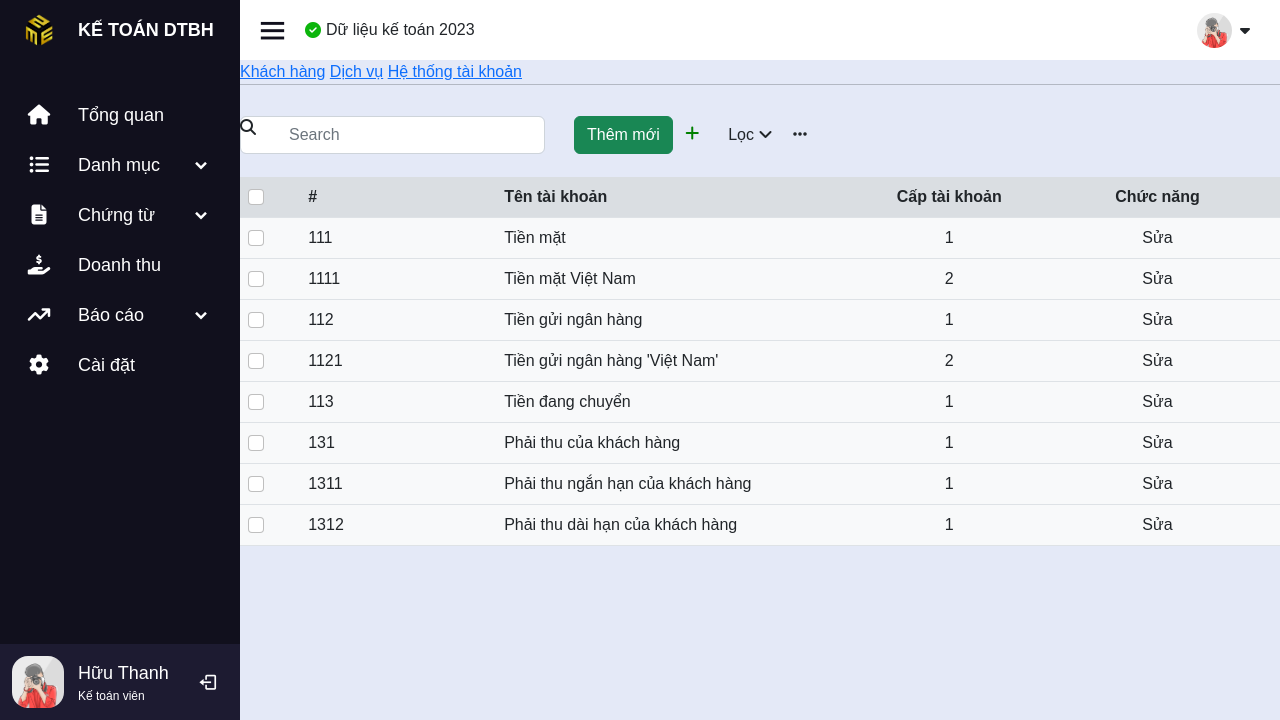
Repository: huuthanhdev/PhanMemKeToan
Page: pages/account.html
An editor plug-in stored every save of this project. The page is shown before and after the next save, followed by the edit.
The browser window is 1280 px wide. The pictures show the whole page.
Some web fonts or font styles are not loaded; a fallback is used. Some web libraries are served in a nearby version.

Above is the page before, as saved 2023-03-24 17:16:09.

After the next save:
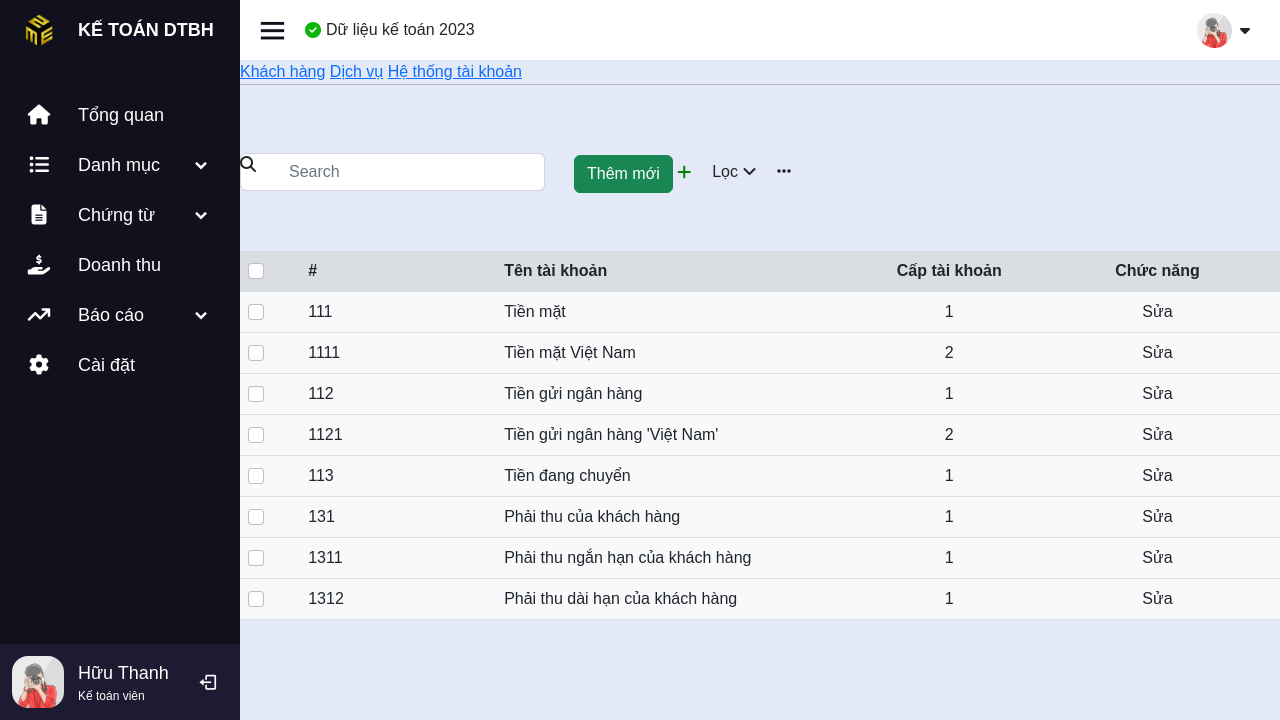
Saved 8 s later.
--- a/pages/account.html
+++ b/pages/account.html
@@ -144,7 +144,7 @@
               </div>
               <div class="btn">
                 <button type="button" class="btn btn-success ms-3">Thêm mới</button>
-                <i class="fa-solid fa-plus p-2" style="color: green"></i>
+                <i class="fa-solid fa-plus py-5" style="color: green"></i>
               </div>
               <div class="filter px-2">
                   <span>Lọc <i class="fa fa-angle-down"></i></span>

After the save that followed:
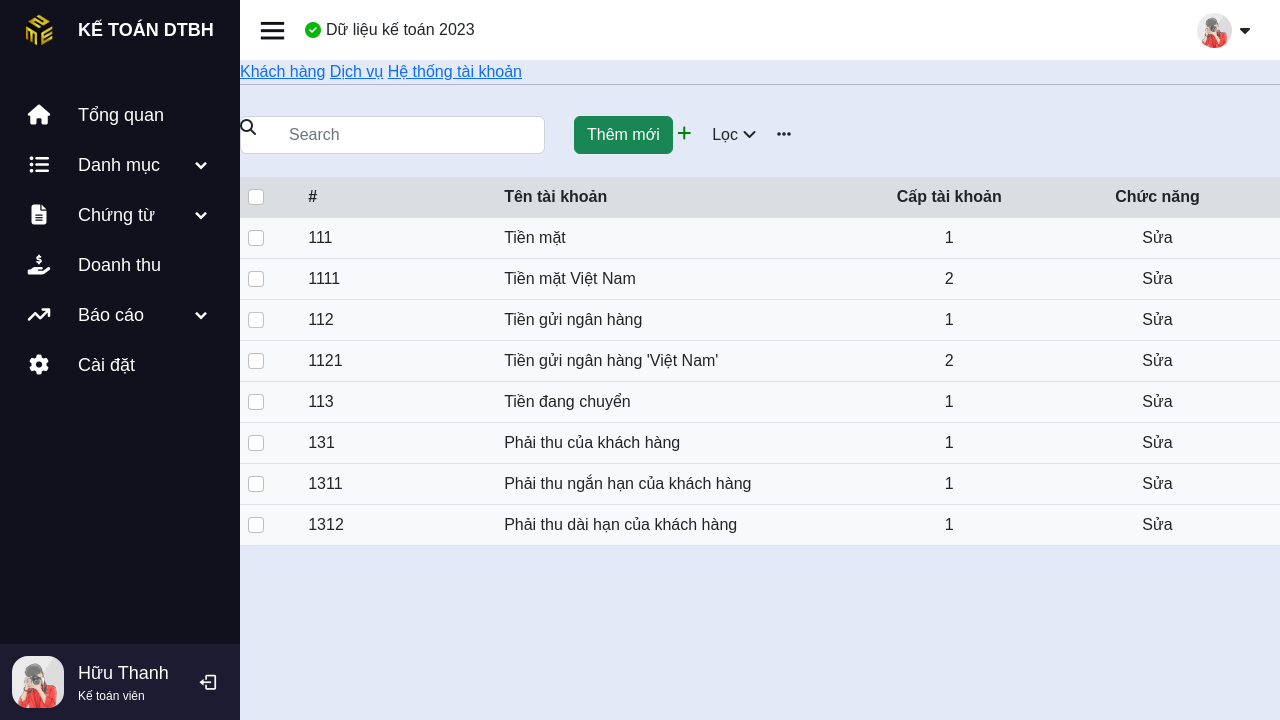
Saved 7 s later.
--- a/pages/account.html
+++ b/pages/account.html
@@ -144,7 +144,7 @@
               </div>
               <div class="btn">
                 <button type="button" class="btn btn-success ms-3">Thêm mới</button>
-                <i class="fa-solid fa-plus py-5" style="color: green"></i>
+                <i class="fa-solid fa-plus py-2" style="color: green"></i>
               </div>
               <div class="filter px-2">
                   <span>Lọc <i class="fa fa-angle-down"></i></span>
